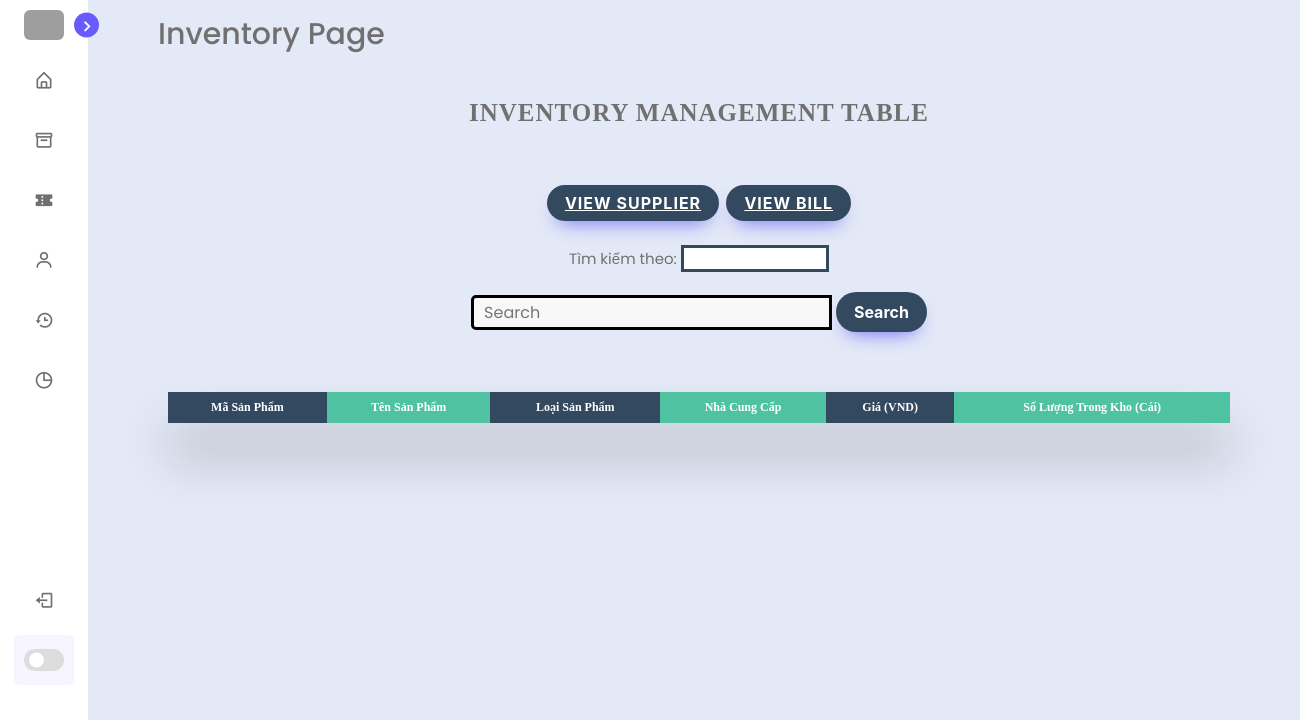
Repository: JeffDaveHudson/CapstoneProject
Page: http://localhost/CapstoneProject/inventory
These files come from the project's save history. The page is drawn as it stood at one moment and after the next save; the edit follows.
The browser window is 1280 px wide. The page is 1300 px wide, so the pictures cover 1300 px, including what lies to the right of the window. The pictures show the whole page.
Pictures or frames that could not be fetched are drawn as grey boxes. The page is served by Tomcat 9.

Above is the page before, as saved 2023-05-21 13:21:43.

After the next save:
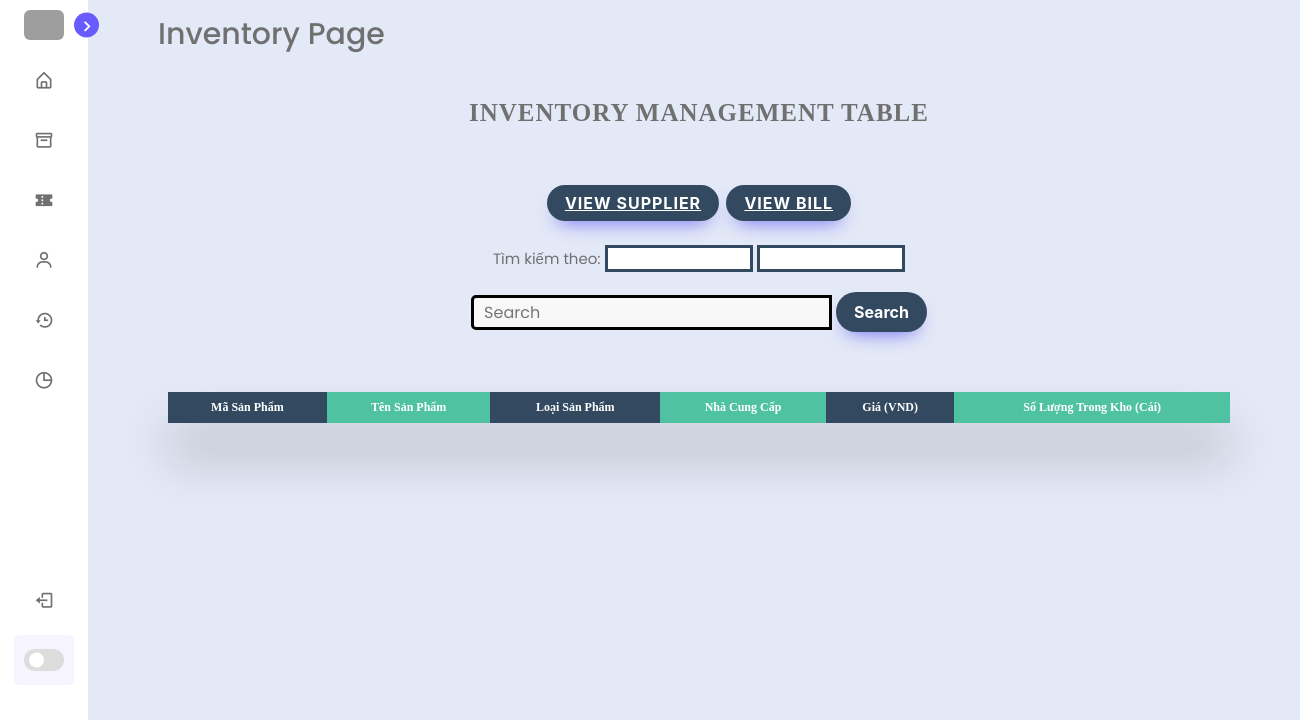
Saved 101 s later.
--- a/CapstoneProject/src/main/webapp/admin/Inventory.jsp
+++ b/CapstoneProject/src/main/webapp/admin/Inventory.jsp
@@ -37,6 +37,11 @@
     								<select name="inventoryAttributeClicked" class="select">
     									<c:forEach items="${productTypeList}" var="producttypelist">
   											<option value="ID_Inventory">${producttypelist.productType }</option>
+      									</c:forEach>
+    								</select>
+    								<select name="inventoryAttributeClicked" class="select">
+    									<c:forEach items="${supplierList}" var="supplierlist">
+  											<option value="ID_Inventory">${supplierlist.supplierName }</option>
       									</c:forEach>
     								</select>
     	</form:form>
